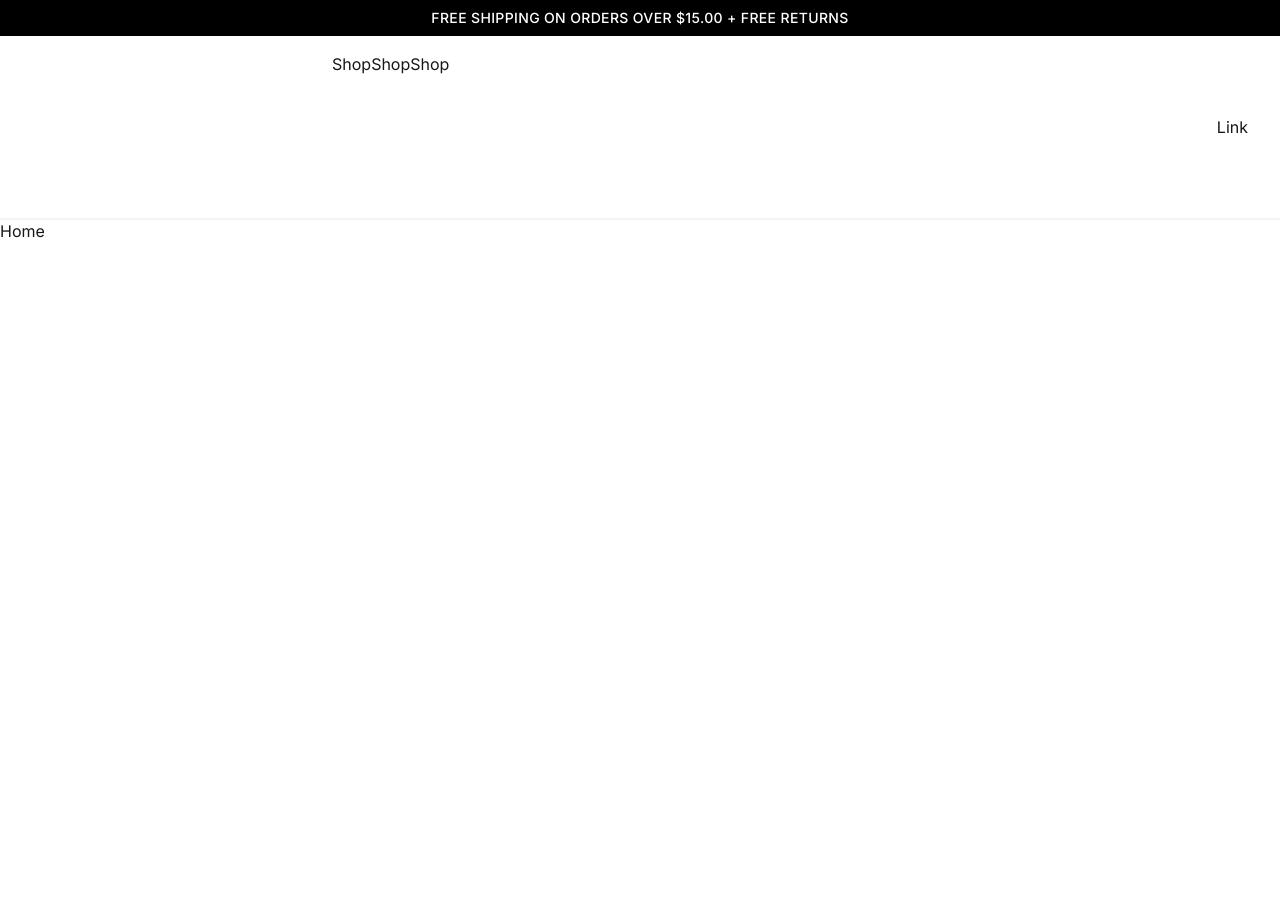
Repository: DiwanMalla/TEMU_CLONE
Page: /
An editor plug-in stored every save of this project. The page is shown before and after the next save, followed by the edit.
The browser window is 1280 px wide. The pictures show the whole page.
The project was rebuilt for these pictures with package versions that can differ from the ones it lists, and the page was loaded fresh each time. The framework's server and built-in components were replaced by stand-ins that run in the browser. Also part of the build but not shown: next.config.ts.

Above is the page before, as saved 2025-01-20 22:26:16.

### app/layout.tsx
import type { Metadata } from "next";
import "./globals.css";
import { Inter } from "next/font/google";
import Header from "@/components/layout/Header";

const inter = Inter({ subsets: ["latin"] });
export const metadata: Metadata = {
  title: "Create Next App",
  description: "Generated by create next app",
};

export default function RootLayout({
  children,
}: Readonly<{
  children: React.ReactNode;
}>) {
  return (
    <html lang="en">
      <body className={`${inter.className} antialiased  min-h-[125vh]`}>
        <Header />
        {children}
      </body>
    </html>
  );
}

### app/page.tsx
import Header from "@/components/layout/Header";

const page = () => {
  return <div>Home</div>;
};

export default page;

### components/layout/Header.tsx
"use client";
import Link from "next/link";
import { useEffect, useState } from "react";

const AnnounecementBar = () => {
  return (
    <div className="w-full bg-black py-2">
      <div className="container mx-auto flex items-center justify-center px-3">
        <span className="text-center text-sm font-medium tracking-wide text-white">
          FREE SHIPPING ON ORDERS OVER $15.00 + FREE RETURNS
        </span>
      </div>
    </div>
  );
};
const Header = () => {
  const [isOpen, setIsOpen] = useState(false);
  const [prevScrollY, setPrevScrollY] = useState<number>(0);
  useEffect(() => {
    const handleScroll = () => {
      const currentScrollY = window.scrollY;
      const scrolledUp = currentScrollY < prevScrollY;
      if (scrolledUp) {
        setIsOpen(true);
      } else if (currentScrollY > 100) {
        setIsOpen(false);
      }
      setPrevScrollY(currentScrollY);
    };
    setPrevScrollY(window.scrollY);
    window.addEventListener("scroll", handleScroll);
    return () => {
      window.removeEventListener("scroll", handleScroll);
    };
  }, [prevScrollY]);
  return (
    <header className="w-full sticky top-0 z-50">
      <div
        className={`w-full transform transition-transform duration-300 ease-in-out ${
          isOpen ? `translate-y-0` : "-translate-y-full"
        }`}
      >
        <AnnounecementBar />
        <div className="w-full flex justify-between items-center py-3 sm:py-4 bg-white/80 shadow-sm border-b border-gray-100 backdrop-blur-sm">
          <div className="flex justify-between items-center container mx-auto px-8">
            <div className="flex flex-1 justify-start">
              <button>
                <svg xmlns="http://www.w3.org/2000/svg">
                  <path />
                </svg>
              </button>
              <nav>
                <Link href="#">Shop</Link>
                <Link href="#">Shop</Link>
                <Link href="#">Shop</Link>
              </nav>
            </div>
            <Link href="#">Link</Link>
          </div>
        </div>
      </div>
    </header>
  );
};

export default Header;

Loaded but not shown: app/globals.css (common file); tailwind.config.ts (common file)

After the next save:
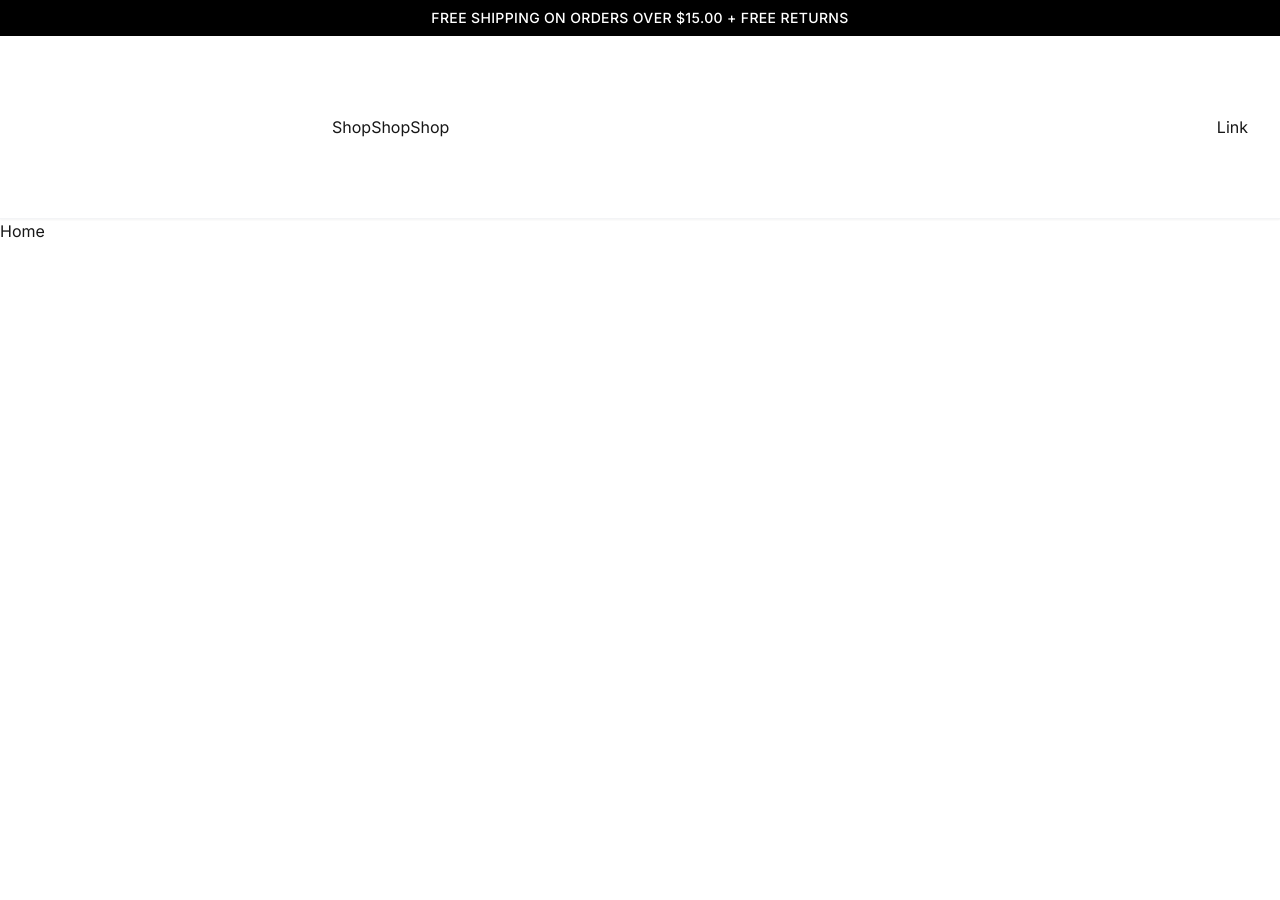
Saved 4 s later.
--- a/components/layout/Header.tsx
+++ b/components/layout/Header.tsx
@@ -43,7 +43,7 @@ const Header = () => {
         <AnnounecementBar />
         <div className="w-full flex justify-between items-center py-3 sm:py-4 bg-white/80 shadow-sm border-b border-gray-100 backdrop-blur-sm">
           <div className="flex justify-between items-center container mx-auto px-8">
-            <div className="flex flex-1 justify-start">
+            <div className="flex flex-1 justify-start items-center">
               <button>
                 <svg xmlns="http://www.w3.org/2000/svg">
                   <path />
